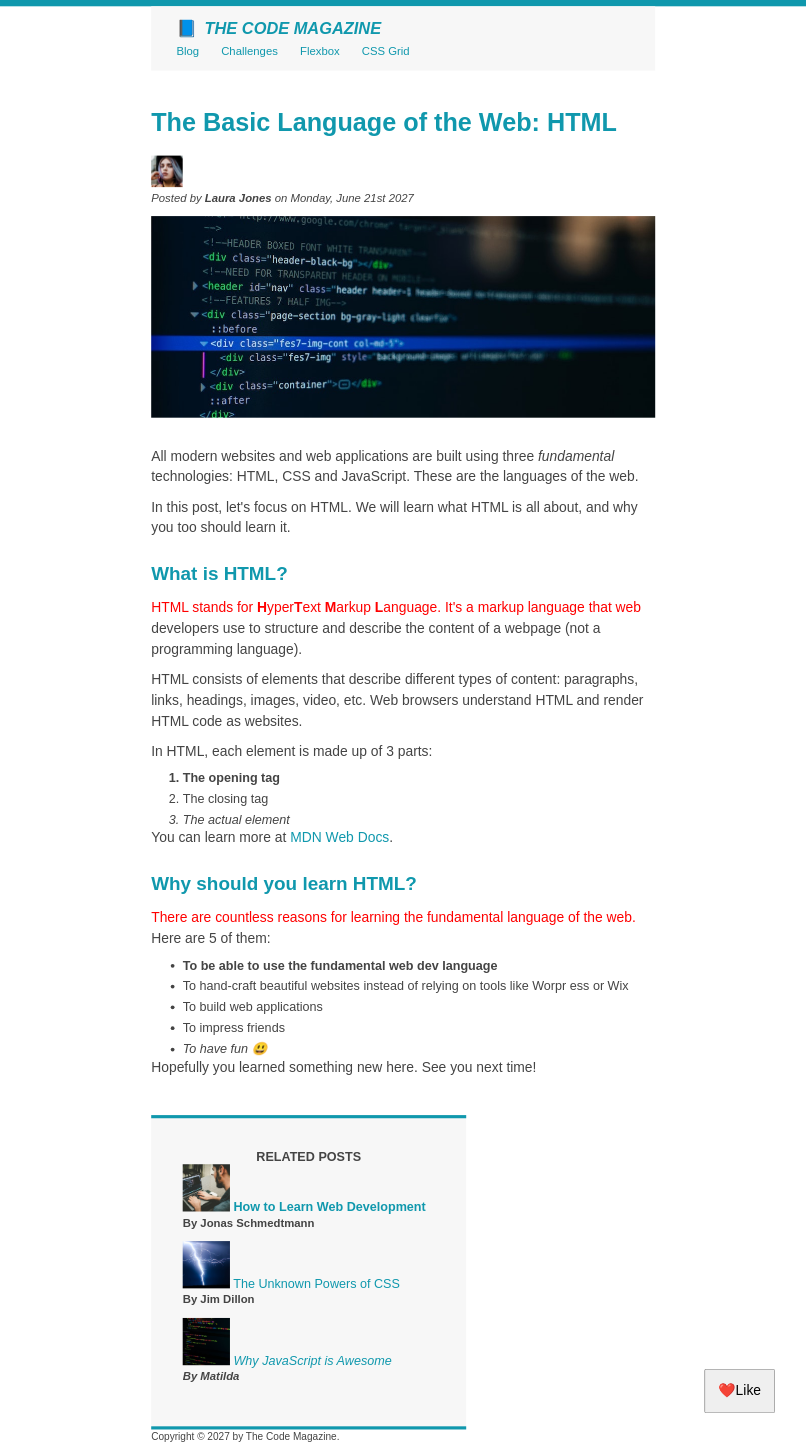
Repository: sunny070/CSS
Page: #1/index.html
These files come from the project's save history. The page is drawn as it stood at one moment and after the next save; the edit follows.
The browser window is 1280 px wide. The pictures show the whole page, at 63% of full size.

Above is the page before, as saved 2023-11-06 13:03:18.

### #1/index.html
<!DOCTYPE html>
<html lang="en">
  <head>
    <meta charset="UTF-8" />
    <title>The Basic Language of the Web: HTML</title>
    <link rel="stylesheet" href="style.css">
  </head>

  <body>
    <!--
    <h1>The Basic Language of the Web: HTML</h1>
    <h2>The Basic Language of the Web: HTML</h2>
    <h3>The Basic Language of the Web: HTML</h3>
    <h4>The Basic Language of the Web: HTML</h4>
    <h5>The Basic Language of the Web: HTML</h5>
    <h6>The Basic Language of the Web: HTML</h6>
    -->
<div class="container">
    <header class="main-header">
      <h1>📘 The Code Magazine</h1>

      <nav>
        <a href="blog.html">Blog</a>
        <a href="#">Challenges</a>
        <a href="#">Flexbox</a>
        <a href="#">CSS Grid</a>
      </nav>
    </header>

    <article>
      <!-- <p>Test</p> -->
      <header class="post-header">
        <h2>The Basic Language of the Web: HTML</h2>

        <img
          src="img/laura-jones.jpg"
          alt="Headshot of Laura Jones"
          height="50"
          width="50"

        />

        <p id="author">Posted by <strong>Laura Jones</strong> on Monday, June 21st 2027</p>

        <img
          src="img/post-img.jpg"
          alt="HTML code on a screen"
          width="500"
          height="200"
          class="post-img"
        />
  <button class="">❤️Like</button>

      </header>

      <p>
        All modern websites and web applications are built using three
        <em>fundamental</em>
        technologies: HTML, CSS and JavaScript. These are the languages of the
        web.
      </p>

      <p>
        In this post, let's focus on HTML. We will learn what HTML is all about,
        and why you too should learn it.
      </p>

      <h3>What is HTML?</h3>
      <p>
        HTML stands for <strong>H</strong>yper<strong>T</strong>ext
        <strong>M</strong>arkup <strong>L</strong>anguage. It's a markup
        language that web developers use to structure and describe the content
        of a webpage (not a programming language).
      </p>
      <p>
        HTML consists of elements that describe different types of content:
        paragraphs, links, headings, images, video, etc. Web browsers understand
        HTML and render HTML code as websites.
      </p>
      <p>In HTML, each element is made up of 3 parts:</p>

      <ol>
        <li class="first-li">The opening tag</li>
        <li>The closing tag</li>
        <li>The actual element</li>
      </ol>

      <p>
        You can learn more at
        <a
          href="https://developer.mozilla.org/en-US/docs/Web/HTML"
          target="_blank"
          >MDN Web Docs</a
        >.
      </p>

      <h3>Why should you learn HTML?</h3>

      <p>
        There are countless reasons for learning the fundamental language of the
        web. Here are 5 of them:
      </p>

      <ul>
        <li class="first-li">To be able to use the fundamental web dev language</li>
        <li>
          To hand-craft beautiful websites instead of relying on tools like
          Worpr ess or Wix
        </li>
        <li>To build web applications</li>
        <li>To impress friends</li>
        <li>To have fun 😃</li>
      </ul>

      <p>Hopefully you learned something new here. See you next time!</p>
    </article>

    <aside>
      <h4>Related posts</h4>

      <ul class="related">
        <li>
          <img
            src="img/related-1.jpg"
            alt="Person programming"
            width="75"
            width="75"
          />
          <a href="#">How to Learn Web Development</a>
          <p class="related-author">By Jonas Schmedtmann</p>
        </li>
        <li>
          <img src="img/related-2.jpg" alt="Lightning" width="75" heigth="75" />
          <a href="#">The Unknown Powers of CSS</a>
          <p class="related-author">By Jim Dillon</p>
        </li>
        <li>
          <img
            src="img/related-3.jpg"
            alt="JavaScript code on a screen"
            width="75"
            height="75"
          />
          <a href="#">Why JavaScript is Awesome</a>
          <p class="related-author">By Matilda</p>
        </li>
      </ul>
    </aside>

    <footer> <p id="copyright" class="copyright text">Copyright &copy; 2027 by The Code Magazine.</p> </footer>
  </div>
  </body>
</html>

### #1/style.css
*{
    margin:0;
    padding:0;
    box-sizing: border-box;

}

/* PAGE SECTION */
body{
    /* color:red; */
    color:#444;
    font-family: sans-serif;
    border-top:10px solid #1098ad;
    position: relative;

}
.container{
    width: 800px;
    /* margin-left: auto;
    margin-right: auto; */
    margin:0 auto;
    /* position: relative; */

}
.main-header{
    background-color:#f7f7f7 ;
    /* padding: 20px;
    padding-left: 40px;
    padding-right:40px; */
    padding:20px 40px;
    margin-bottom:60px;
    /* height:80px; */
}
nav {
    font-size: 18px;
    }

article{
    margin-bottom:60px;
}



.post-header{
    margin-bottom:40px;
    /* position: relative; */

}
aside{
    background-color:#f7f7f7;
    border-top: 5px solid #1098ad;
    border-bottom: 5px solid #1098ad;
    /* padding-top:50px;
    padding-bottom:50px; */
    padding: 50px 0;
    width:500px;

}
/* SMALLER ELEMENTS */
h1,h2,h3{
    color:#1098ad;
}

h1{

    font-size: 26px;

    text-transform: uppercase;
    font-style: italic;

}
h2{
    font-size: 40px;
    margin-bottom:30px;


}
h3{
    font-size: 30px;
    margin-bottom:20px;
    margin-top:40px;

}
h4{
    font-size:20px;
    font-family:sans-serif;
    text-transform: uppercase;
    text-align: center;
}
p{
    font-size: 22px;
    /* display:inline ; */
    line-height: 1.5;
    margin-bottom:15px;
}

ul,ol{
    margin-left:50px;
}
li{
    /* display:inline ; */
    font-size: 20px;
    margin-bottom:10px ;
}
li:last-child{
    margin-bottom: 0;
}
/* footer p{
    font-size:16px ;
} */

/* article header p{
    font-style: italic;
} */

#author{
    font-style: italic;
    font-size: 18px;
}
#copyright{
    font-size :16px;
}

.related-author{
    font-size:18px;
    font-weight:bold;
}
/* ul{
  list-style: none;
} */

.related{
    list-style: none;
}


/* .first-li{
    font-weight: bold;
} */
li:first-child{
    font-weight: bold;
}

li:last-child{
    font-style: italic;
}
li:nth-child(even){
    /* color:red; */
}

/* Misconception this won't work */
article p:first-child{
    color:red;
}

/* Style Links */
a:link{
    color:#1098ad;
    text-decoration: none;
}
a:visited{
    /* color:#777;
     */
     color: #1098ad;
}
a:hover{
    cursor: pointer;
    color:orange;
    font-weight: bold;
    text-decoration: underline orangered;
}
a:active{
    background-color:black;
    font-style: italic;
}
/* LVHA */

.post-img{
    width:100%;
    height: auto;
    /* margin: 100px; */
}
nav a:link{
    /* background-color: orangered;
    margin: 20px;
    padding: 20px;
    display: block; */
    margin-right:30px ;
    margin-top:10px;
    display: inline-block;
}
nav a:link:last-child{
    margin-right: 0;
}
button{
    font-size: 22px;
    padding: 20px;
    cursor:pointer;
    position: absolute;
    /* top: 50px;
    left: 50px; */
    bottom: 50px;
    right: 50px;
}
h1::first-letter{
    font-style:normal;
    margin-right:5px;
}
h3 + p::first-line{
    color:red;
}
/* resolving conflicts */
/* #copyright{
    color:red;
}
.copyright{
    color:blue;
}
.text{
    color:yellow;
}

footer p{
    color: #000;
} */

After the next save:
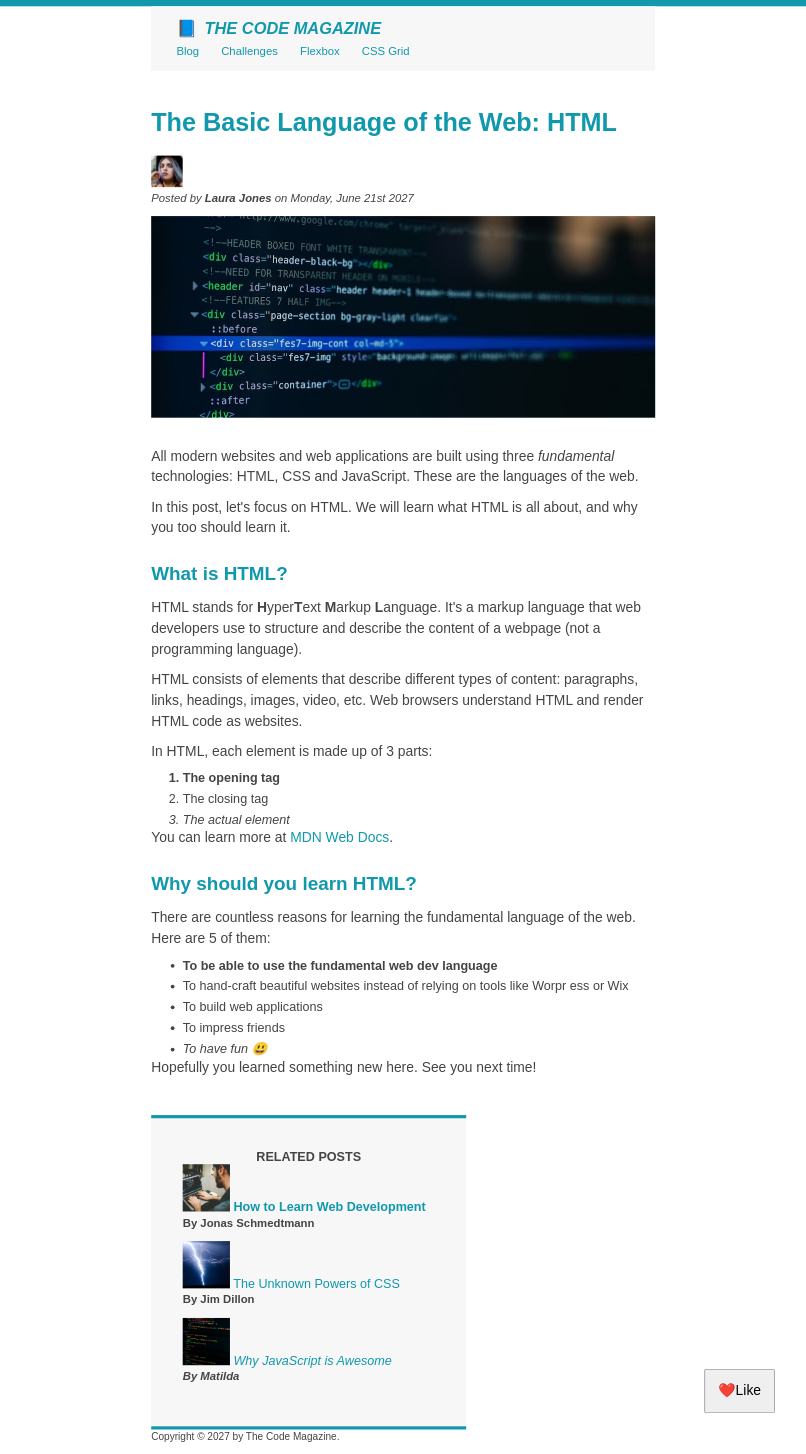
Saved 24 s later.
--- a/#1/style.css
+++ b/#1/style.css
@@ -207,7 +207,7 @@ h1::first-letter{
     margin-right:5px;
 }
 h3 + p::first-line{
-    color:red;
+    /* color:red;  */
 }
 /* resolving conflicts */
 /* #copyright{
